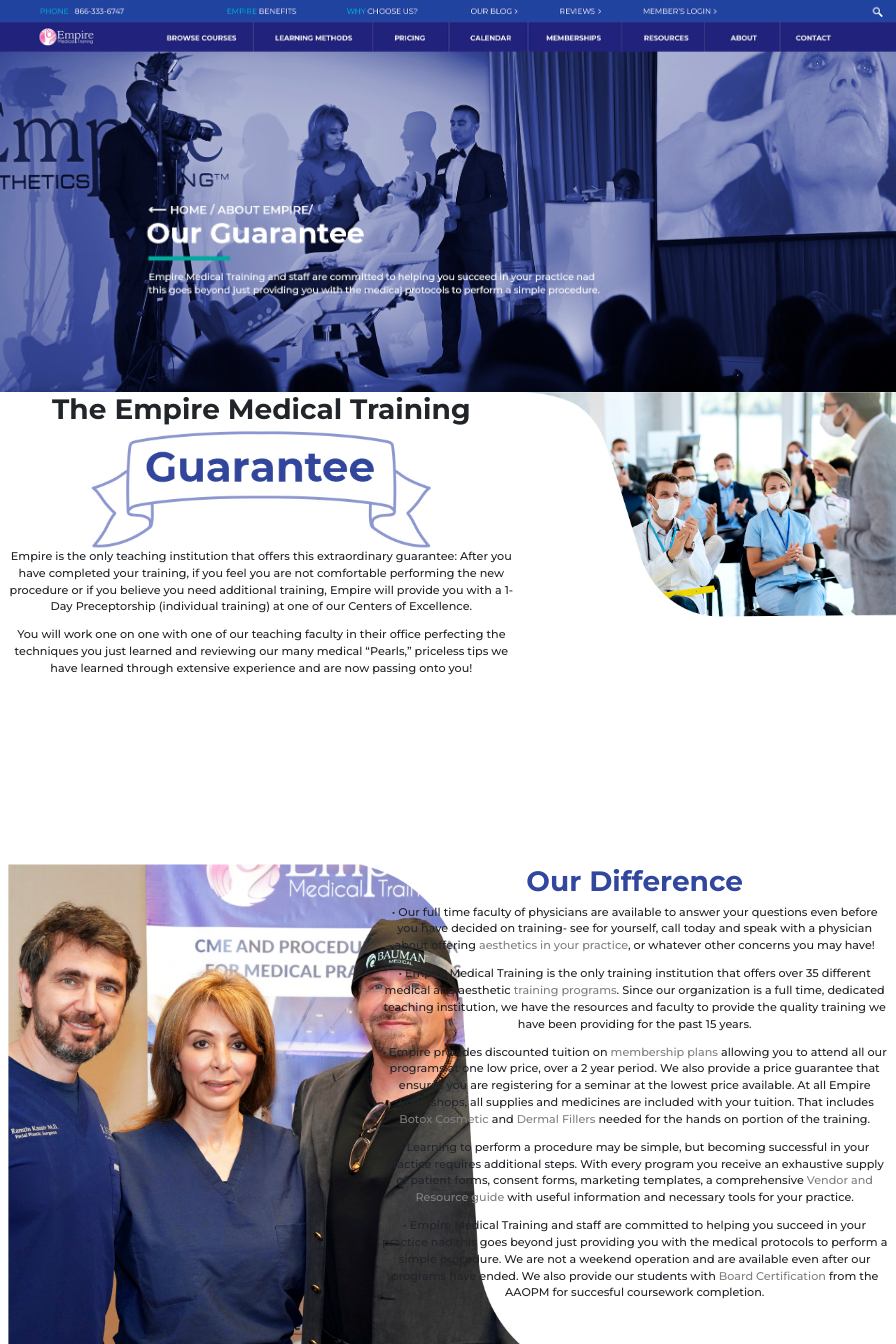
Repository: jorgi710/BODY-CONTOURING-INJECTABLES-AND-ADJUNCT-PROCEDURES
Page: our quarantee/file/src/index.html
These files come from the project's save history. The page is drawn as it stood at one moment and after the next save; the edit follows.
The browser window is 1280 px wide. The pictures show the part of the page from y = 0 to 1920 px (the page is 6694 px tall), at 70% of full size.

Above is the page before, as saved 2021-04-06 08:17:51.

After the next save:
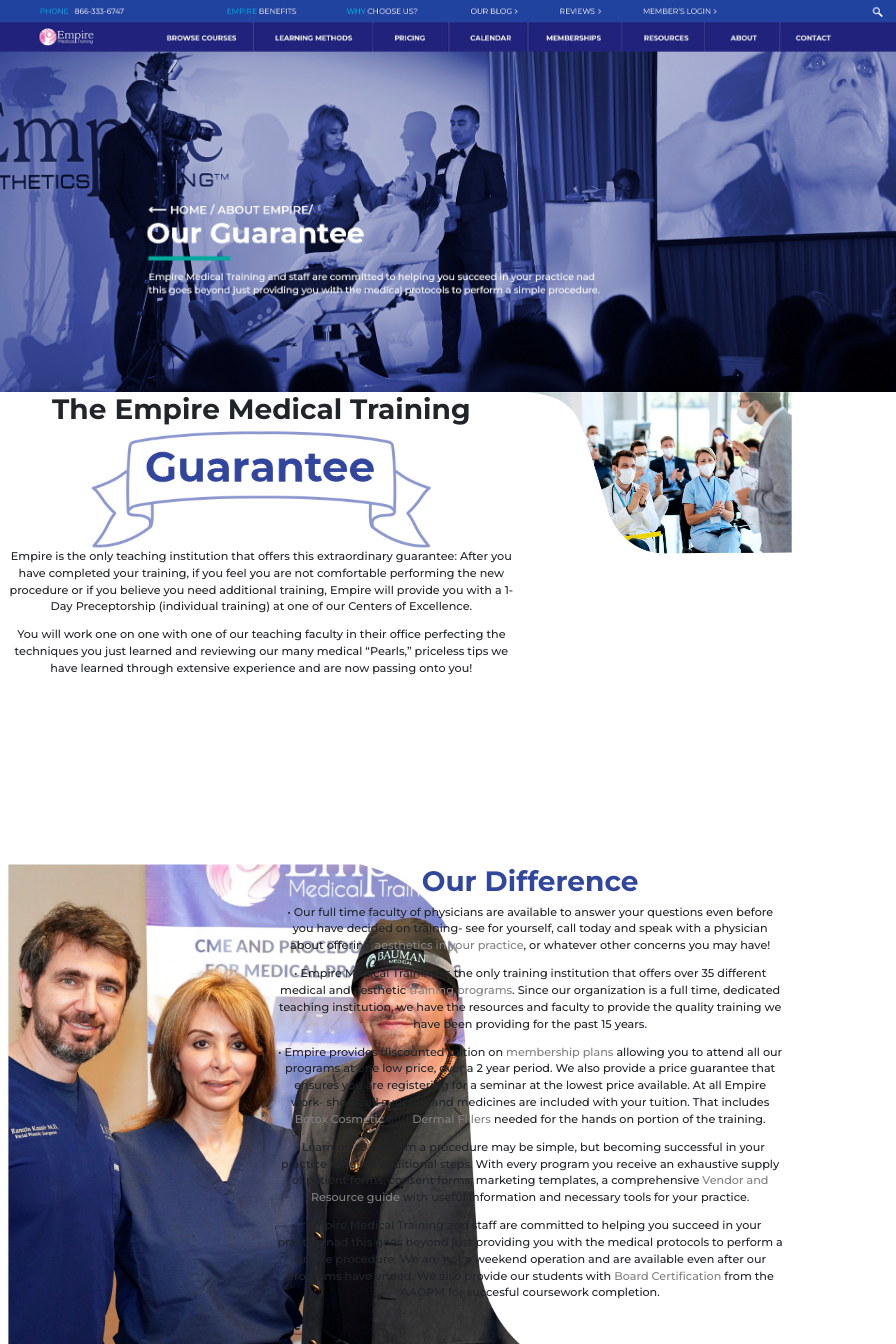
Saved 6 s later.
--- a/our quarantee/file/css/style.css
+++ b/our quarantee/file/css/style.css
@@ -43,5 +43,5 @@
   padding-bottom: 35vmin;
 }
 .section_1 .row .col-md-5 {
-  width: 30;
+  width: 30%;
 }
